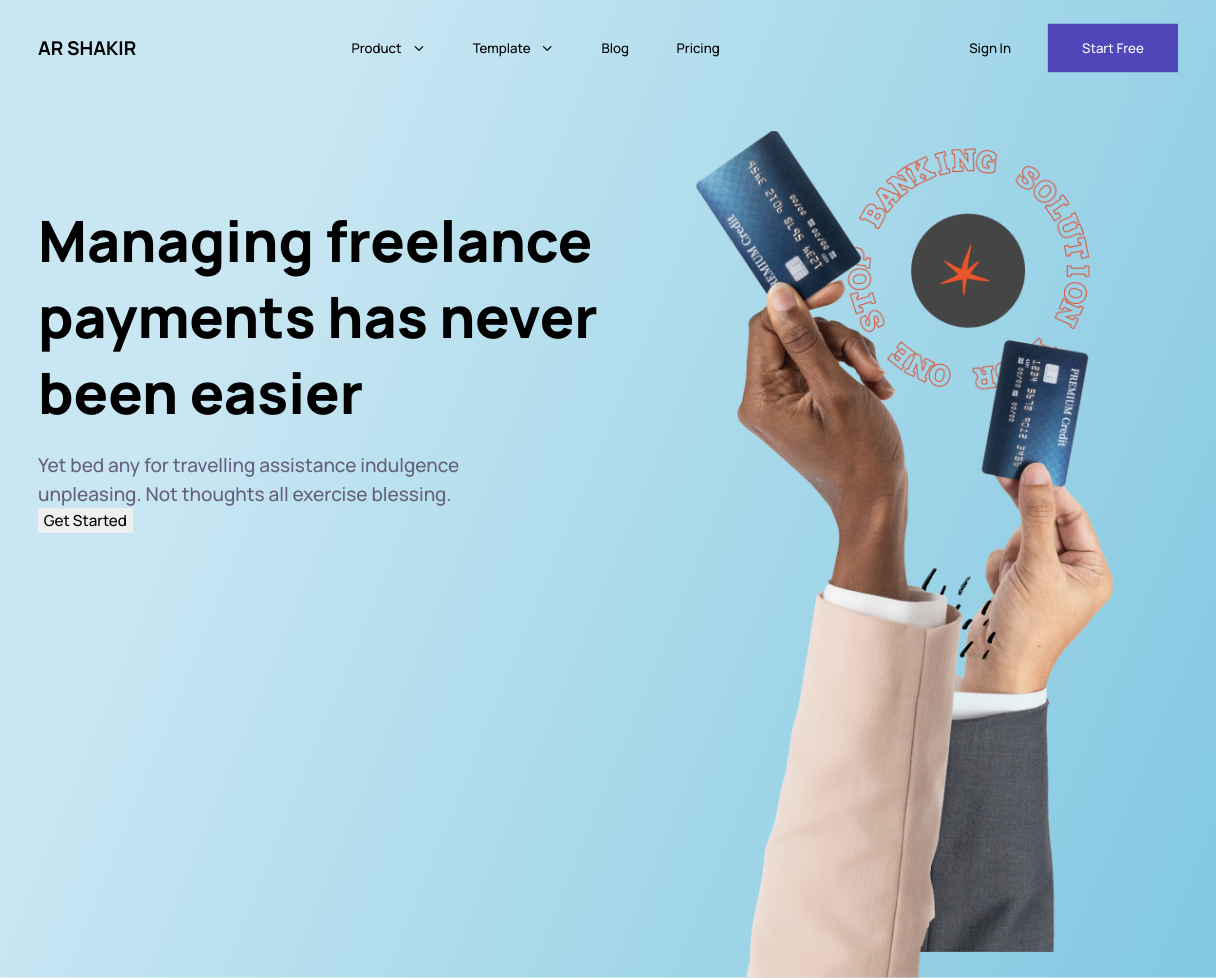
Repository: duongdori/ARShakir
Page: index.html
An editor plug-in stored every save of this project. The page is shown before and after the next save, followed by the edit.
The browser window is 1280 px wide. The pictures show the whole page, at 95% of full size.

Above is the page before, as saved 2022-04-02 16:23:47.

After the next save:
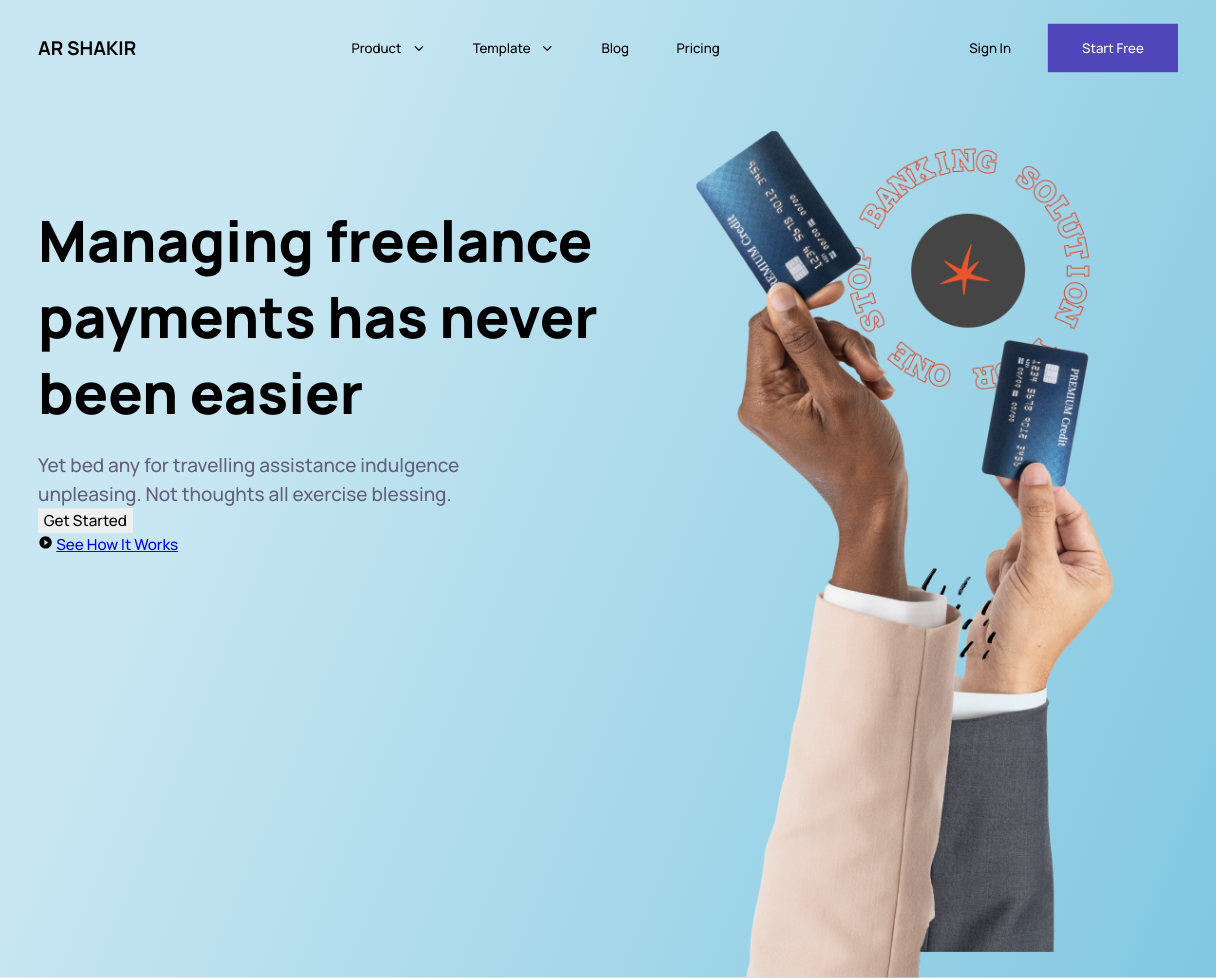
Saved 7 min 35 s later.
--- a/index.html
+++ b/index.html
@@ -54,6 +54,10 @@
                         </p>
                         <div class="header-content-btn">
                             <button class="header-content-getstarted_btn">Get Started</button>
+                            <div class="header-content-see_btn">
+                                <ion-icon name="play-circle"></ion-icon>
+                                <a href="#" class="header-content-see_btn-link">See How It Works</a>
+                            </div>
                         </div>
                     </div>
                     <img srcset="./assets/images/img1.png 2x" class="header-img" alt="">
